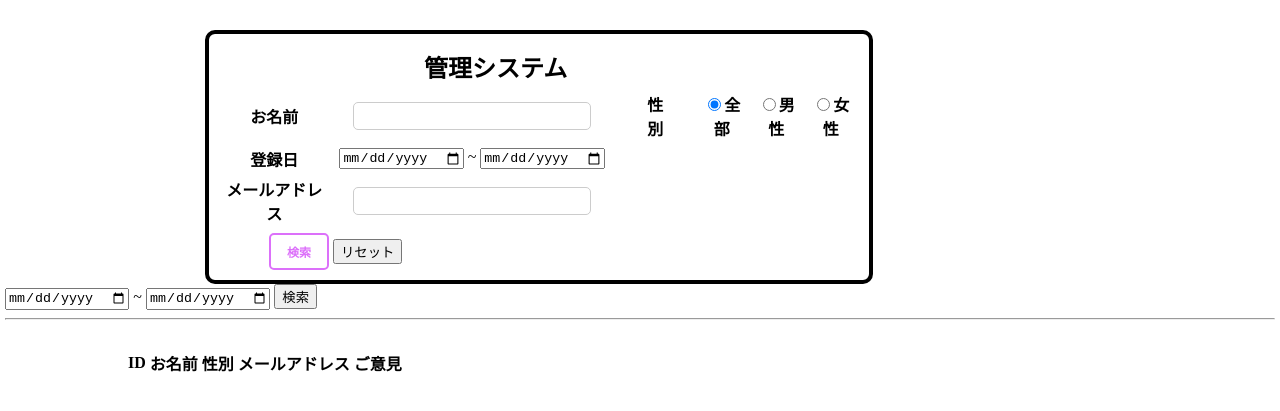
Repository: azuma2/kadai
Page: http://localhost/kanri
These files come from the project's save history. The page is drawn as it stood at one moment and after the next save; the edit follows.
The browser window is 1280 px wide. The pictures show the whole page.
The page is served by the project's Laravel application, run on PHP 8.4 with Laravel 8. Queries for data that is not in the repository find no rows.

Above is the page before, as saved 2022-06-02 02:49:01.

After the next save:
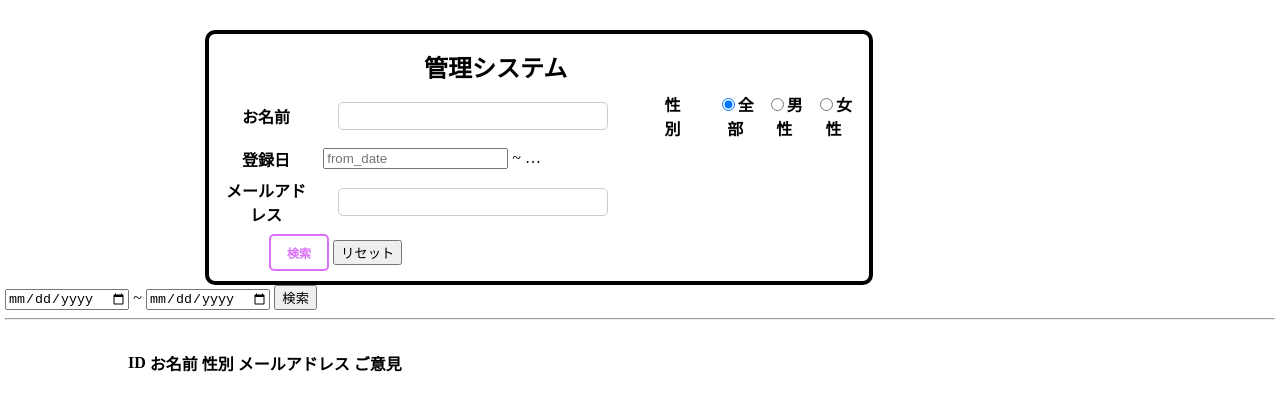
Saved 5 min 48 s later.
--- a/resources/views/kanri.blade.php
+++ b/resources/views/kanri.blade.php
@@ -167,7 +167,7 @@ table td:hover {
           </th>
           <td>
 
-              <input type="date" name="from" placeholder="from_date">
+              <input type="text" name="from" placeholder="from_date">
               <span >~</span>
               <input type="date" name="until" placeholder="until_date">
 
